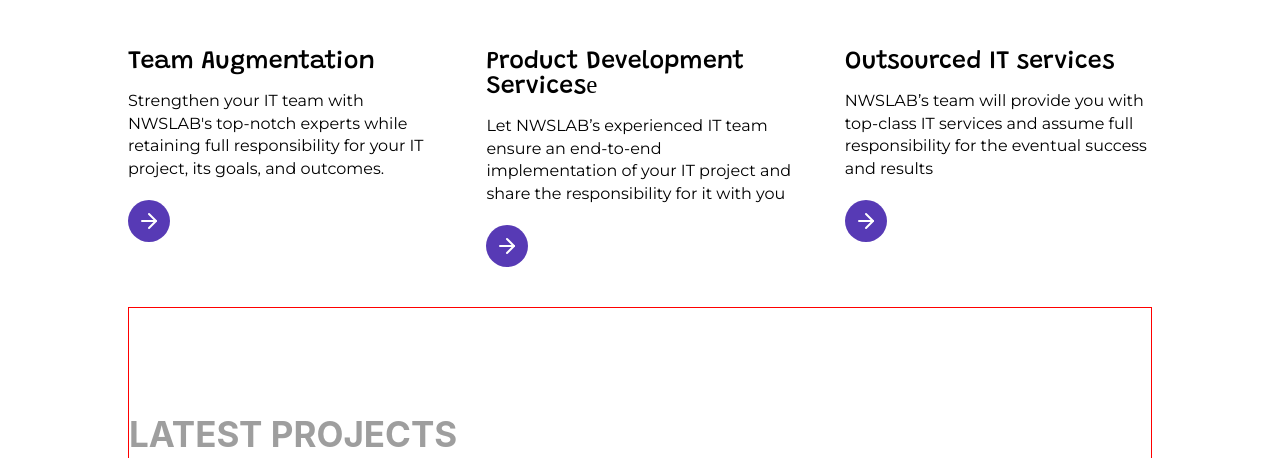
Repository: EdgarSargsyan2001/NWSlab21062022
Page: /
An editor plug-in stored every save of this project. The page is shown before and after a run of saves, followed by the edit.
The browser window is 1280 px wide. The pictures show the part of the page from y = 1261 to 1719 px (the page is 3272 px tall before and 3176 px after).
Pictures or frames that could not be fetched are drawn as grey boxes. The project was rebuilt for these pictures with package versions that can differ from the ones it lists, and the page was loaded fresh each time.

Above is the page before, as saved 2022-06-23 16:10:23.

After the next 2 saves:
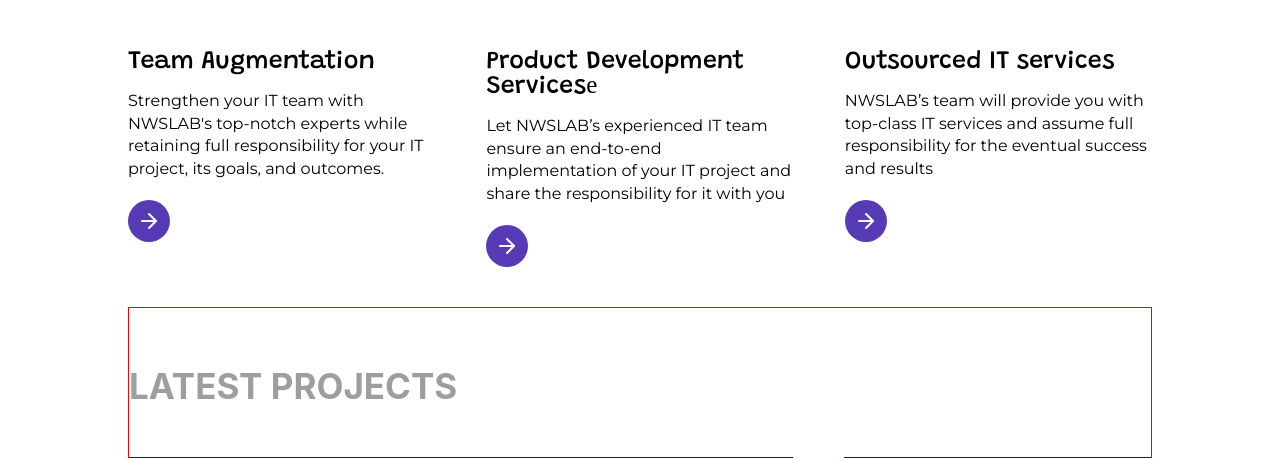
The 2 saves are shown as one change because they came seconds apart.
The last was saved 47 s later.
--- a/src/style/MainCompSecStyle.ts
+++ b/src/style/MainCompSecStyle.ts
@@ -7,7 +7,7 @@
 
     margin: 40px 0;
     border: 1px solid red;
-    padding: 105px 0;
+    padding: 57px 0;
 
 
 
